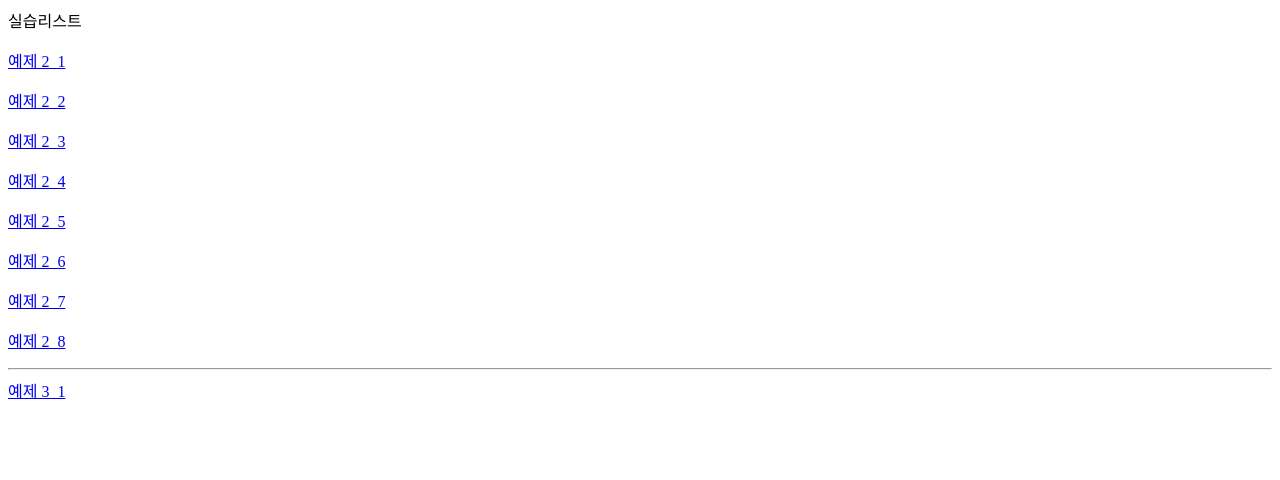
Repository: pjongbum/JSP
Page: http://localhost/jsbook/
An editor plug-in stored every save of this project. The page is shown before and after the next save, followed by the edit.
The browser window is 1280 px wide. The pictures show the whole page.
The page is served by Tomcat 10.

Above is the page before, as saved 2024-10-08 04:03:31.

After the next save:
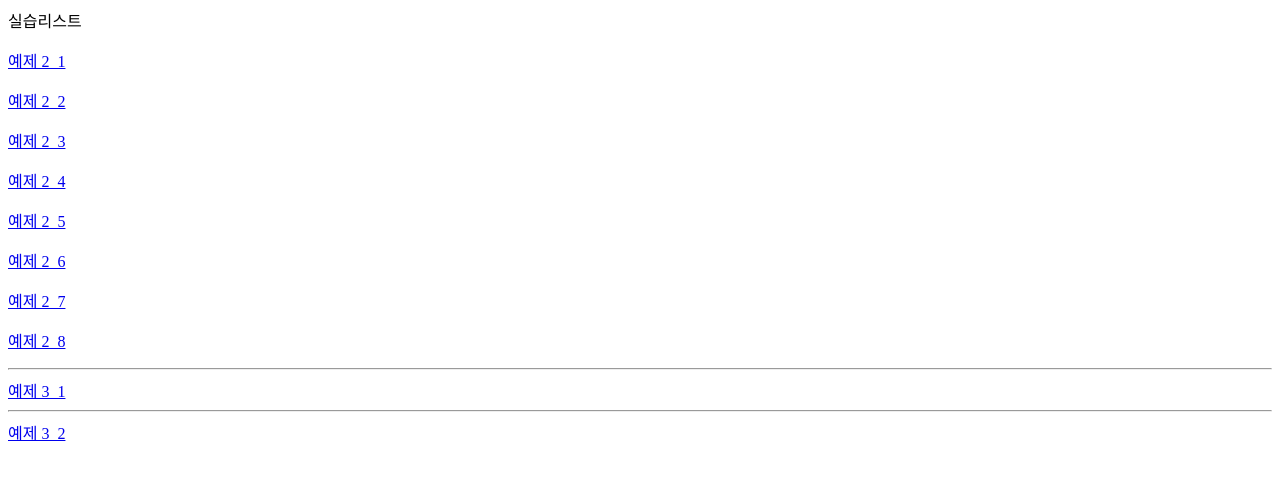
Saved 3 min 10 s later.
--- a/jsbook/src/main/webapp/index.jsp
+++ b/jsbook/src/main/webapp/index.jsp
@@ -17,5 +17,6 @@
 <p><a href = "2_7">예제 2_7</a></p>
 <p><a href = "2_8">예제 2_8</a></p>
 <hr><a href = "3_1">예제 3_1</a></hr>
+<hr><a href = "3_2">예제 3_2</a></hr>
 </body>
 </html>
